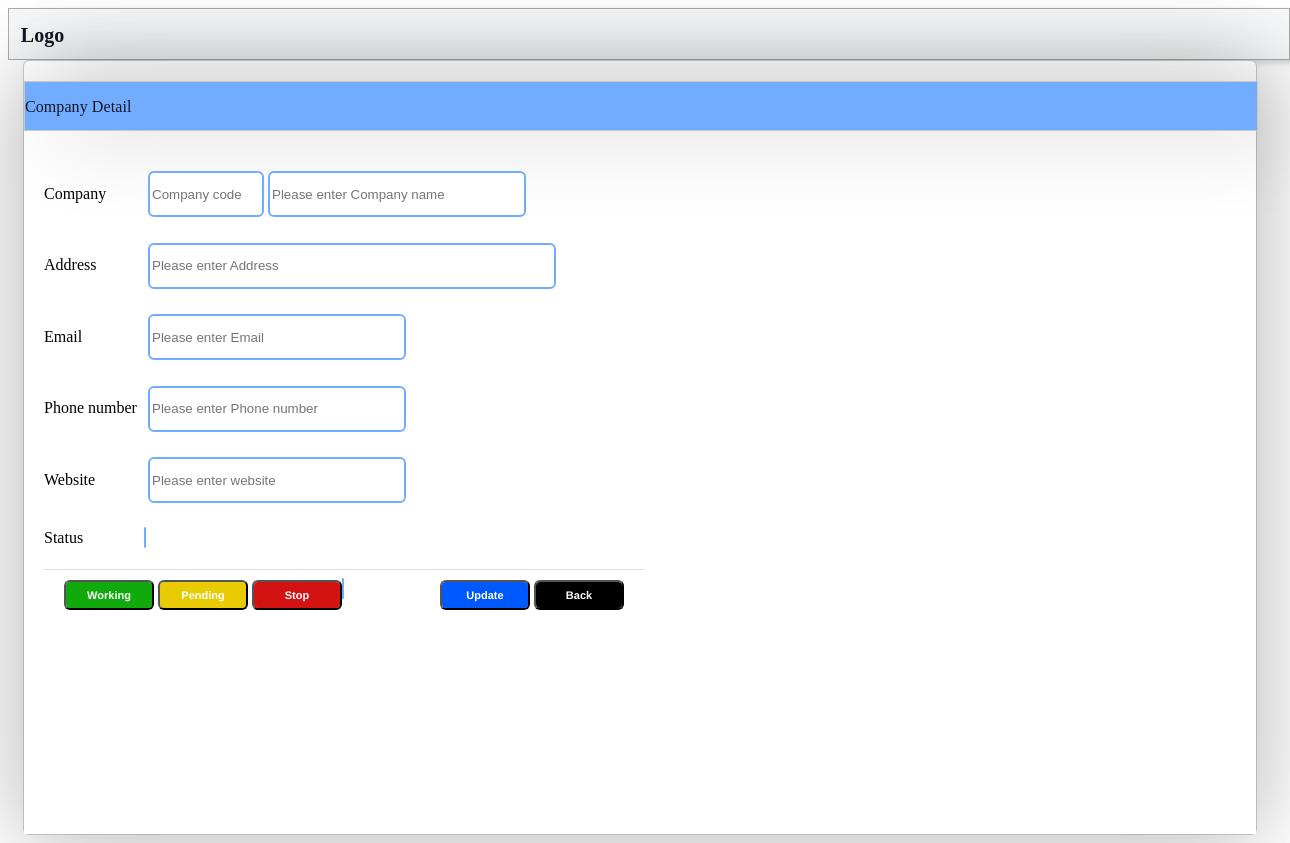
Repository: Zain1409/company
Page: client/html/CompanyDetail.html
The author's editor kept a copy of each file at every save. The page is drawn from the files as they stood at one save, then again after a run of saves.
The browser window is 1280 px wide. The page is 1290 px wide, so the pictures cover 1290 px, including what lies to the right of the window. The pictures show the whole page.

Above is the page before, as saved 2021-04-08 16:23:38.
Console error: TypeError: Cannot read properties of undefined (reading 'data')

### client/html/CompanyDetail.html
<!DOCTYPE html>
<html lang="en">
<head>
    <meta charset="UTF-8">
    <meta http-equiv="X-UA-Compatible" content="IE=edge">
    <meta name="viewport" content="width=device-width, initial-scale=1.0">
    <link rel="stylesheet" href="./../css/CompanyDetail.css">
    <title>Company Detail</title>
</head>
<body>
    <div class="header">
        <p>Logo</p>
    </div>
    <div class="container">
        <div id="content">
            <div id="head">
                <p>Company Detail</p>
            </div>
            <form id="form">
                <label id="properties">Company</label> <input id="code" type="text" placeholder="Company code" style="width: 108px;"> <input id="name" type="text" placeholder="Please enter Company name">
                <br>
                <br>
                <label id="properties">Address</label> <input id="address" type="text" placeholder="Please enter Address" style="width: 400px;
                height: 40px;">
                <br>
                <br>
                <label id="properties">Email</label> <input id="email" type="text" placeholder="Please enter Email" >
                <br>
                <br>
                <label id="properties">Phone number</label> <input id="phone_number" type="text" placeholder="Please enter Phone number" >
                <br>
                <br>
                <label id="properties">Website</label> <input id="website" type="text" placeholder="Please enter website " >
                <br>
                <br>
                <label id="properties">Status</label> <label name="" id="form_select">

            </form>
            <div id="footer">
                <div id="button_left">
                    <button style="background: #11AA0C 0% 0% no-repeat padding-box;
                    border-radius: 6px;">Working</button>
                    <button style="background: #E9CB03 0% 0% no-repeat padding-box;">Pending</button>
                    <button style="background: #D31212 0% 0% no-repeat padding-box;">Stop</button>
                </div>
                <div id="button_right">
                    <button style="background: #0058FF 0% 0% no-repeat padding-box;">Update</button>
                    <button style="background: var(--unnamed-color-000000) 0% 0% no-repeat padding-box;
                    background: #000000 0% 0% no-repeat padding-box;">Back</button>
                </div>
            </div>
        </div>
        <!-- <div id="footer">
            <div id="button_left">
                <button>Working</button>
                <button>Pending</button>
                <button>Stop</button>
            </div>
            <div id="button_right">
                <button>Update</button>
                <button>Back</button>
            </div>
        </div> -->
    </div>
    <script src="https://unpkg.com/axios/dist/axios.min.js"></script>
    <script src="../js/Detail.js"></script>

</body>
</html>

### client/css/CompanyDetail.css
.header{
    width: 1280px;
    height: 50px;
    background: #F6F8F9 0% 0% no-repeat padding-box;
    box-shadow: 30px 3px 6px #00000029;
    border: 0.5px solid #ACABAB;
    opacity: 1;
    margin: auto;

}
.header p{
    width: 67px;
    height: 39px;
    text-align: left;
    font-weight: bold;
    font-size: 20px;
    color: #131523;
    opacity: 1;
    text-align: center;
    padding-top: 15px;
    margin: 0;
}
.container{
    width: 1232px;
    height: 624px;
    background: #FFFFFF 0% 0% no-repeat padding-box;
    box-shadow: 0px 3px 90px #00000029;
    border: 0.5px solid #C8C8C8;
    border-radius: 6px;
    opacity: 1;
    padding-top: 20px;
    margin: auto;
}
.container{
    margin: auto;
    width: 1232px;
    height: auto;
    padding-top: 20px;
}

#content{
    clear: both;
    width: 1232px;
    height: 753px;
    background: #FFFFFF 0% 0% no-repeat padding-box;
    box-shadow: 0px 3px 90px #00000029;
    opacity: 1;
}
#head{
    width: 1232px;
    height: 48px;
    background: #72ACFF 0% 0% no-repeat padding-box;
    box-shadow: 30px 3px 90px #00000029;
    border: 0.5px solid #C8C8C8;
    opacity: 1;
}
#head p{
    text-align: left;
    font: normal normal medium 20px/30px Poppins;
    letter-spacing: 0.08px;
    color: #131523;
    opacity: 1;
}
#form{
    width: 600px;
    float: left;
    height: 590px;
    margin: 20px;
    padding-top: 20px;

}
#form input{
    width: 250px;
    height: 40px;
    background: #FFFFFF 0% 0% no-repeat padding-box;
    border: 2px solid #72ACFF;
    border-radius: 6px;
    opacity: 1;
}
#form_select{
    clear: both;
    width: 250px;
    height: 40px;
    background: #FFFFFF 0% 0% no-repeat padding-box;
    border: 2px solid #72ACFF;
    border-radius: 6px;
    opacity: 1;
}
#properties{
    width: 100px;
    height: 40px;
    opacity: 1;
    display: inline-block;
}
#footer{
    clear: both;
    border-top: 1px solid #DEDEDE;
    padding-top: 10px;
}
#button_left{
    float: left;
    padding-left: 20px;
}
#button_right{
    float: right;
    padding-right: 20px;
}
button{
    width: 90px;
    height: 30px;
    border-radius: 6px;
    text-align: center;
    font: normal normal bold 11px/20px Helvetica;
    letter-spacing: 0px;
    color: #FFFFFF;
    opacity: 1;
}

### client/js/Detail.js
var URL = "http://localhost:8080/api/company";
const getCompanyById = async (id) => {
    let res = await axios.get(URL + '/' + id)
        .catch(function (error) {
            if (error.response) {
                console.log(error.response.data.code);
                console.log(error.response.data.message);
                console.log(error.response.data.details);
            } else if (error.request) {
                console.log(error.request);
            } else {
                console.log('Error', error.message);
            }
        });
    return res.data;
}
var main = async () => {
    let id = localStorage.getItem('id');
    let data = await getCompanyById(id);
    console.log(data);

    document.getElementById('code').value = data.code;
    document.getElementById('name').value = data.name;
    document.getElementById('address').value = data.address;
    document.getElementById('email').value = data.email;
    document.getElementById('phone_number').value = data.phoneNumber;
    document.getElementById('website').value = data.website;
    document.getElementById('form_select').value = data.status;

}
main();

After the next 3 saves:
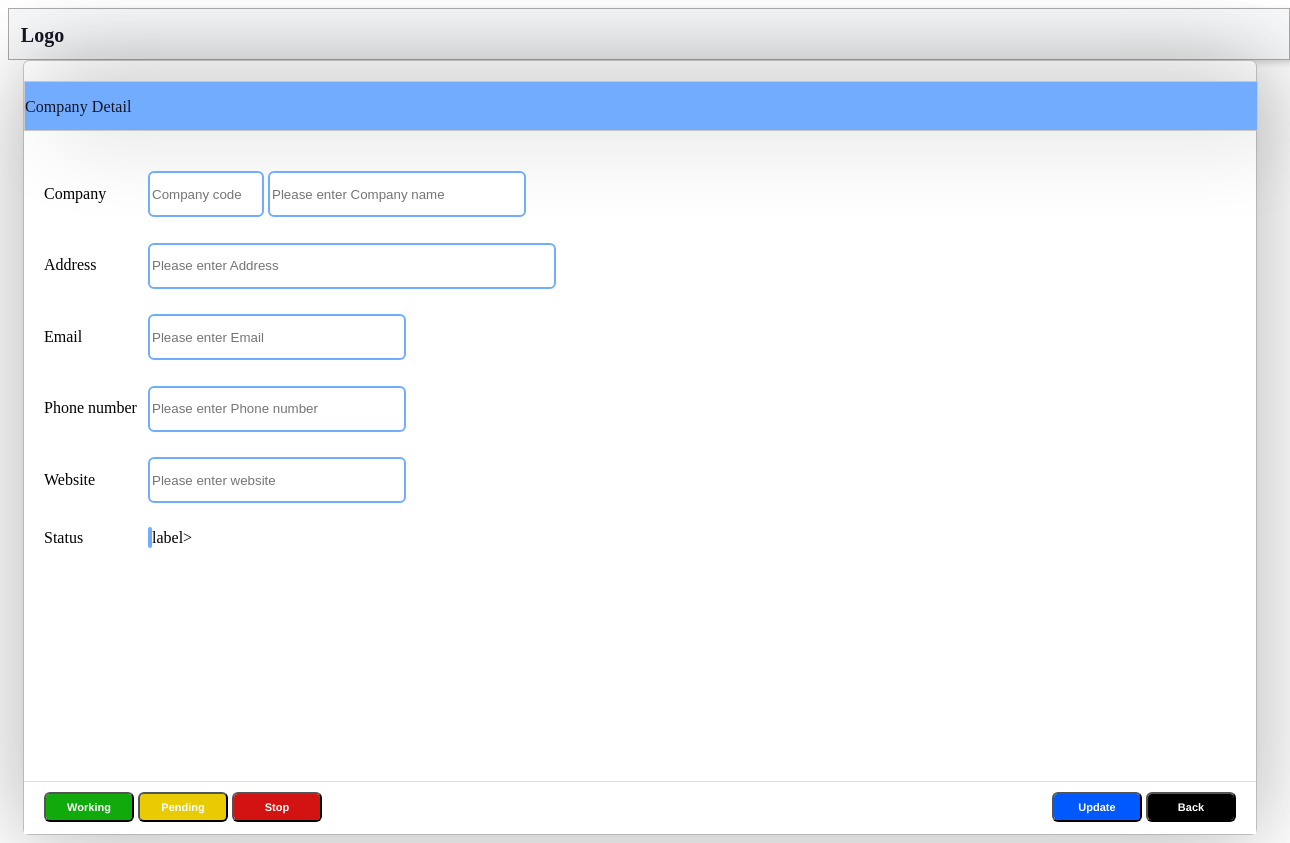
The 3 saves are shown as one change because they came seconds apart.
The last was saved 12 s later.
--- a/client/html/CompanyDetail.html
+++ b/client/html/CompanyDetail.html
@@ -33,7 +33,7 @@
                 <label id="properties">Website</label> <input id="website" type="text" placeholder="Please enter website " >
                 <br>
                 <br>
-                <label id="properties">Status</label> <label name="" id="form_select">
+                <label id="properties">Status</label> <label id="form_select"></label>label>
 
             </form>
             <div id="footer">
